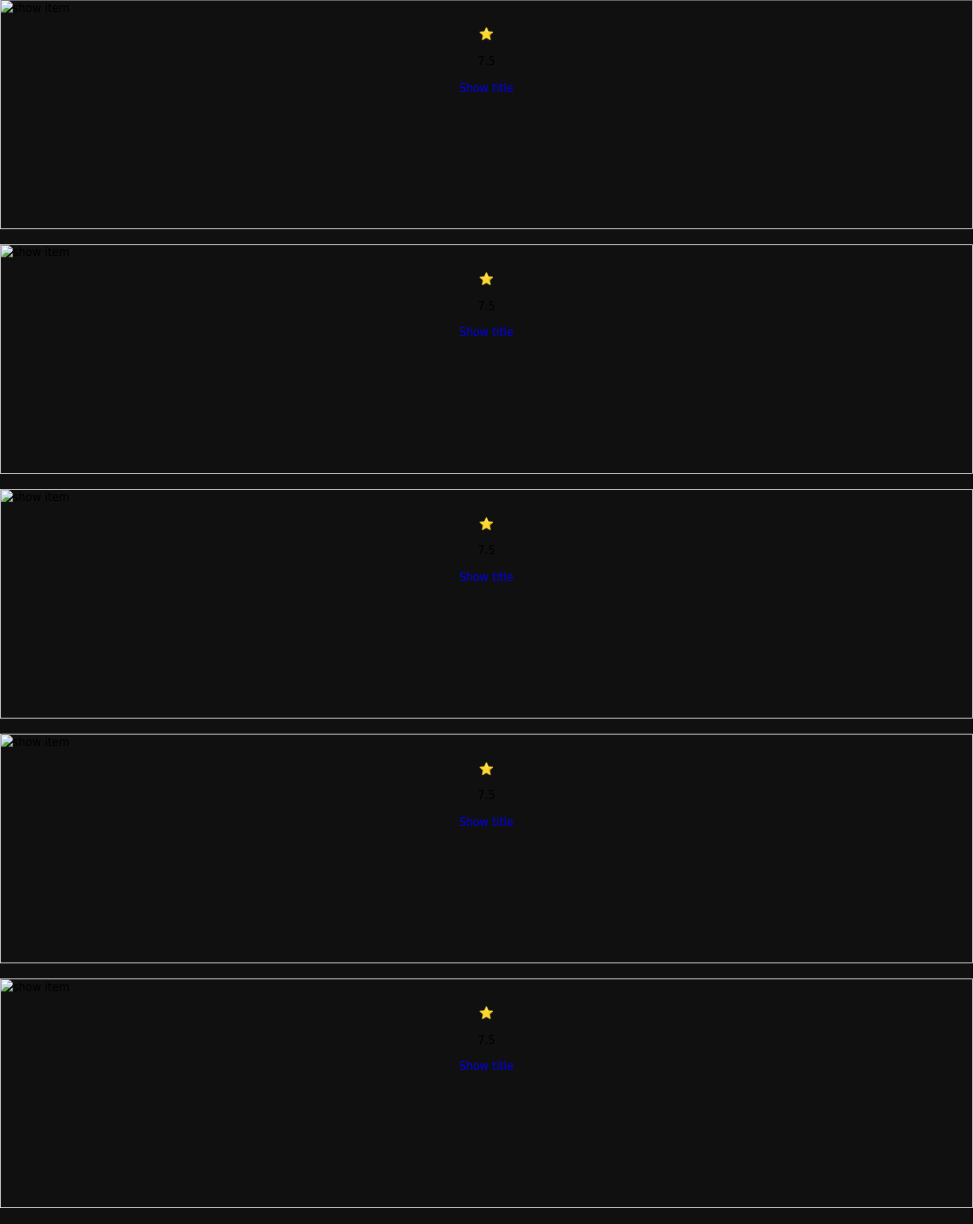
Repository: ahmedhamed15/React-Movies-App
Page: /#/search
An editor plug-in stored every save of this project. The page is shown before and after the next save, followed by the edit.
The browser window is 1280 px wide. The pictures show the part of the page from y = 360 to 1970 px (the page is 1970 px tall), at 76% of full size.
Backgrounds fixed to the window are drawn as part of the page. The project was rebuilt for these pictures with package versions that can differ from the ones it lists, and the page was loaded fresh each time. Also part of the build but not shown: src/Pages/HomePage.js, src/Components/Shows/Show.js, src/Pages/ShowPage.js.

Above is the page before, as saved 2021-07-18 21:39:07.

After the next save:
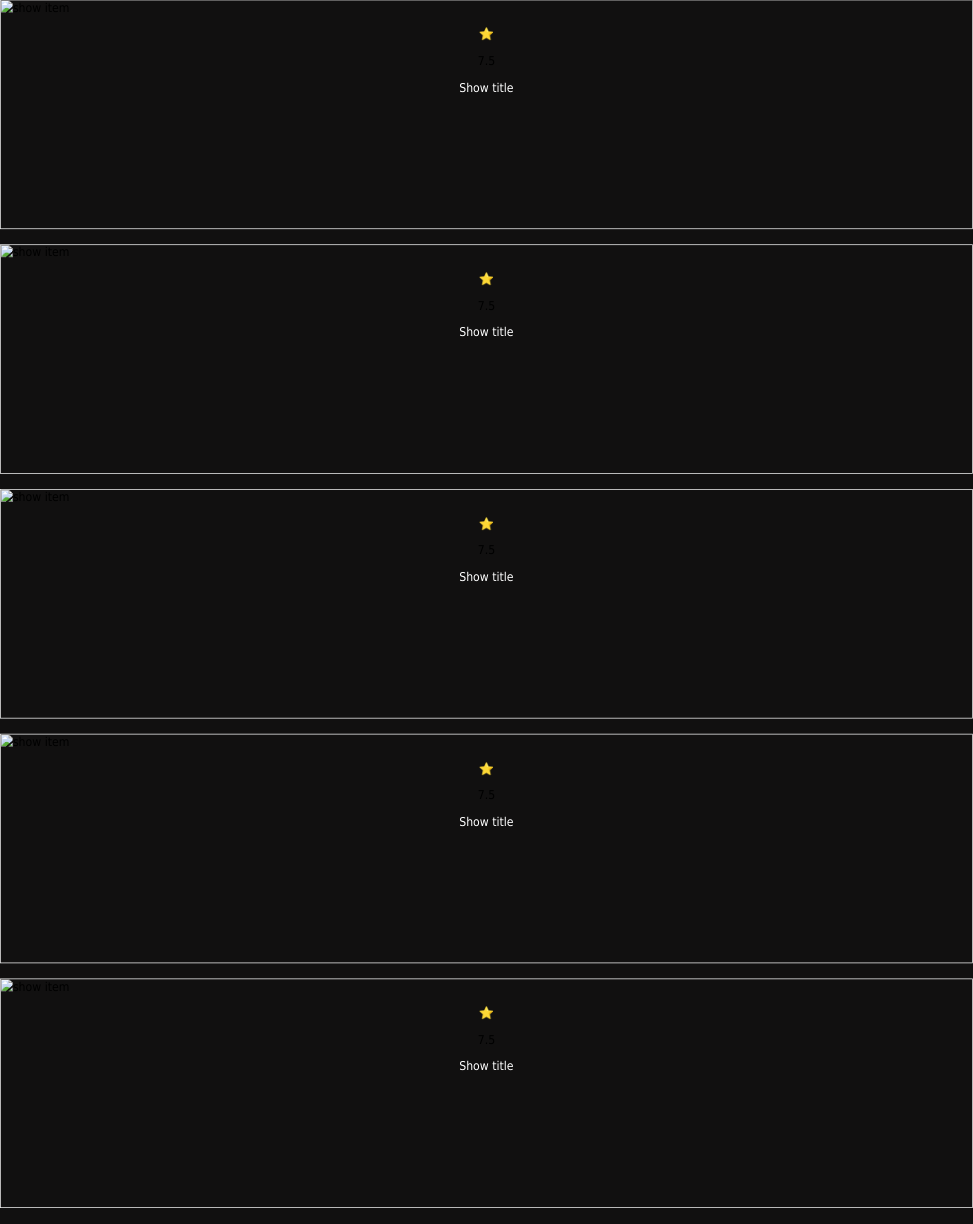
Saved 21 s later.
--- a/src/assets/index.css
+++ b/src/assets/index.css
@@ -107,3 +107,6 @@ header a:hover {
   flex-direction: column;
   text-align: center;
 }
+.show-item .show-item__overlay a {
+  color: white;
+}
